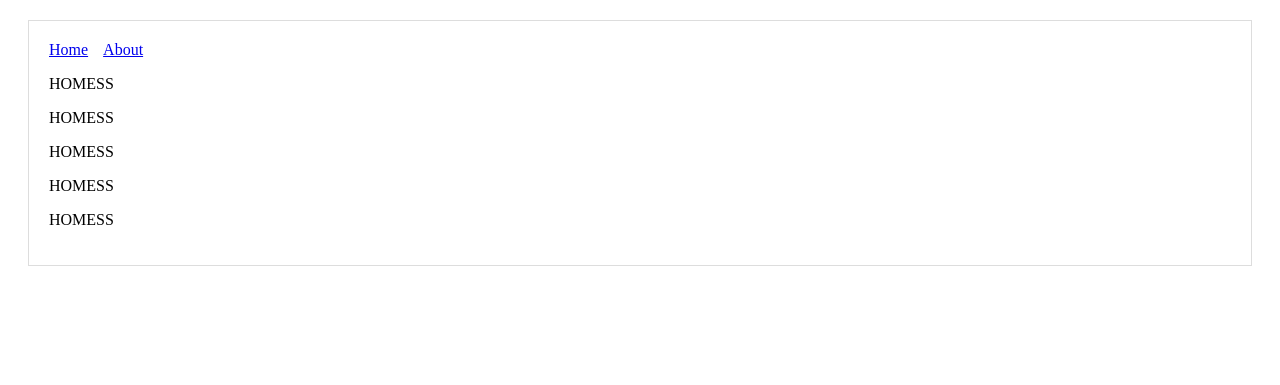
Repository: sivaraj-v/nextJs
Page: /
The author's editor kept a copy of each file at every save. The page is drawn from the files as they stood at one save, then again after the next save.
The browser window is 1280 px wide. The pictures show the whole page.
The project was rebuilt for these pictures with package versions that can differ from the ones it lists, and the page was loaded fresh each time. The framework's server and built-in components were replaced by stand-ins that run in the browser.

Above is the page before, as saved 2017-10-11 12:55:32.

### pages/index.js
// This is the Link API
import Header from "../comps/Header";
import Layout from "../comps/MyLayout.js";
import Link from "next/link";
import Head from "next/head";

const content = <p>This is the about page</p>;
const Index = () => (
  <div>
    {/* <Link href="/about">
      <a style={{ fontSize: 14 }}>About Page</a>
    </Link> */}
    <Head>
      <title>My page title</title>
      <meta name="viewport" content="initial-scale=1.0, width=device-width" />
    </Head>
    {/* <Header /> */}
    <Layout>
      <p>HOMESS</p>
      <p>HOMESS</p>
      <p>HOMESS</p>
      <p>HOMESS</p>
      <p>HOMESS</p>
    </Layout>
  </div>
);

export default Index;

### comps/Header.js
import Link from "next/link";

const linkStyle = {
  marginRight: 15
};

const Header = () => (
  <div>
    <Link href="/">
      <a style={linkStyle}>Home</a>
    </Link>
    <Link href="/about">
      <a style={linkStyle}>About</a>
    </Link>
    {/* <Link href={{ pathname: "/about", query: { name: "Zeit" } }}>
      <a style={{ fontSize: 14 }}>About</a>
    </Link> */}
  </div>
);

export default Header;

Loaded but not shown: comps/MyLayout.js (common file)

After the next save:
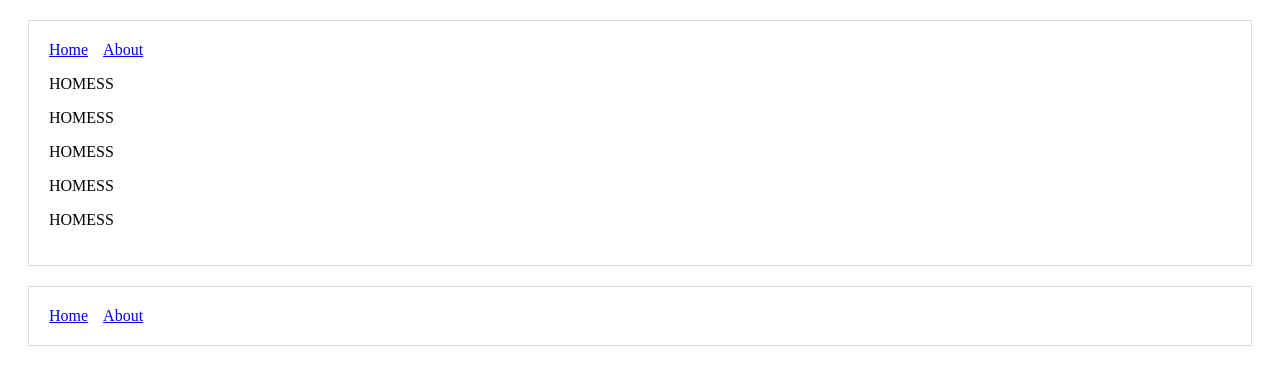
Saved 15 s later.
--- a/pages/index.js
+++ b/pages/index.js
@@ -22,6 +22,7 @@ const Index = () => (
       <p>HOMESS</p>
       <p>HOMESS</p>
     </Layout>
+    <Layout content={content} />
   </div>
 );
 
